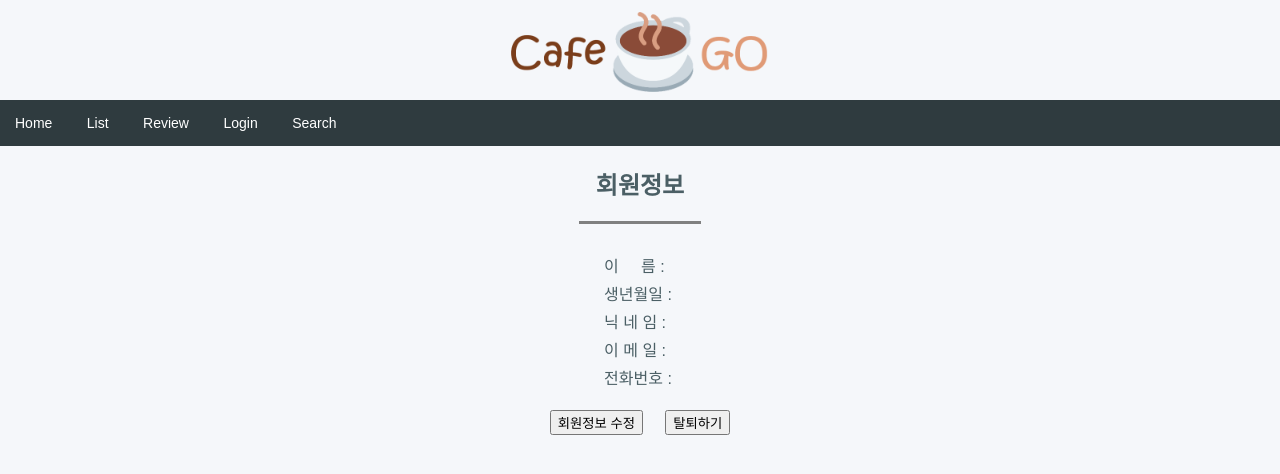
Repository: JuYeong0413/Web-Programming
Page: http://localhost/CafeGo/myPage.jsp
These files come from the project's save history. The page is drawn as it stood at one moment and after the next save; the edit follows.
The browser window is 1280 px wide. The pictures show the whole page.
The page is served by Tomcat 9. Queries for data that is not in the repository find no rows.

Above is the page before, as saved 2018-12-22 17:03:55.

After the next save:
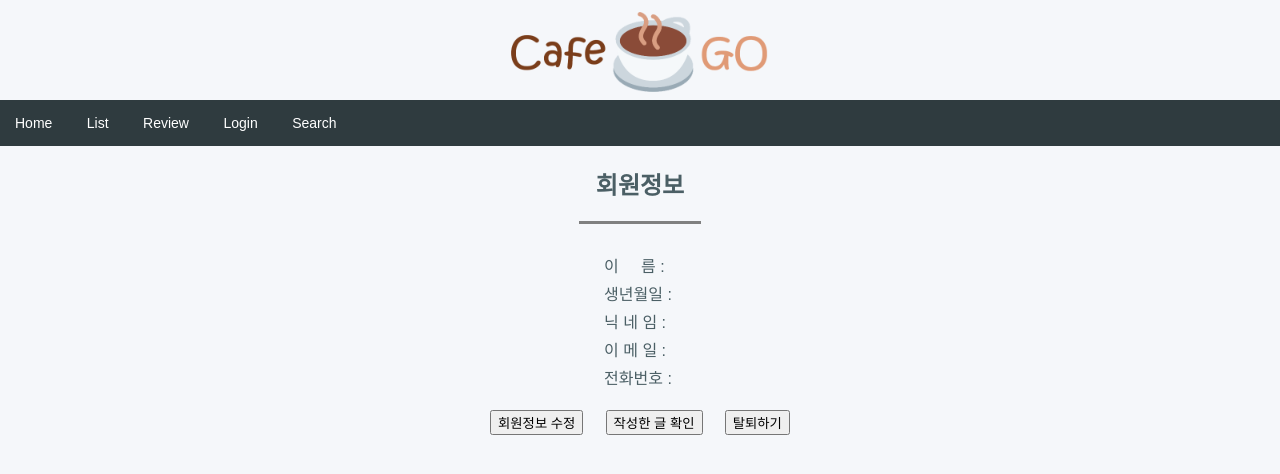
Saved 4 min 15 s later.
--- a/Project/CafeGo/WebContent/myPage.jsp
+++ b/Project/CafeGo/WebContent/myPage.jsp
@@ -70,6 +70,7 @@
 </table>
 <br>
 <input type="button" value="회원정보 수정" onclick="location.href='infoModify.jsp'"> &nbsp; &nbsp;
+<input type="button" value="작성한 글 확인" onclick="location.href='myReview.jsp'"> &nbsp; &nbsp;
 <input type="button" value="탈퇴하기" onclick="onClick()">
 
 <script>
